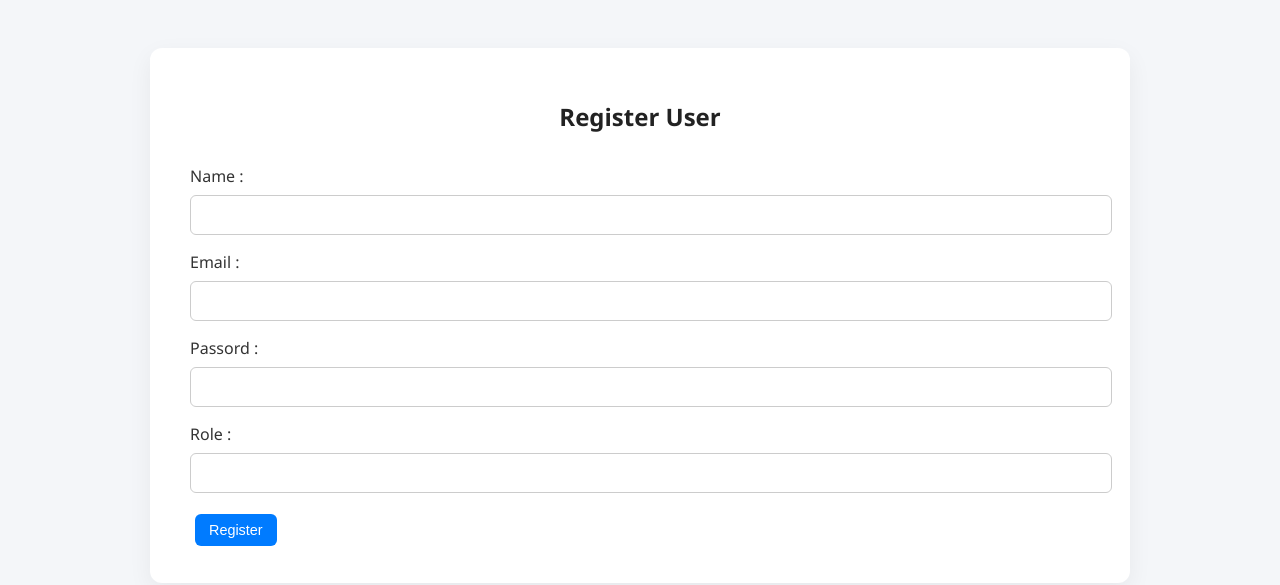
Repository: bharathabhi46/SkillSync-FrontEnd
Page: /RegisterUser
These files come from the project's save history. The page is drawn as it stood at one moment and after the next save; the edit follows.
The browser window is 1280 px wide. The pictures show the whole page.
The project was rebuilt for these pictures with package versions that can differ from the ones it lists, and the page was loaded fresh each time. Also part of the build but not shown: vite.config.js, src/Components/CreateUser/CreateUser.jsx, src/Components/UserList/UserList.jsx, src/Components/EditUser/EditUser.jsx.

Above is the page before, as saved 2025-06-25 17:19:57.

### src/main.jsx
import { StrictMode } from "react";
import { createRoot } from "react-dom/client";
import { BrowserRouter } from "react-router-dom";
import App from "./App.jsx";

createRoot(document.getElementById("root")).render(
  <BrowserRouter>
    <App />
  </BrowserRouter>
);

### src/App.jsx
import React from "react";
import CreateUser from "./Components/CreateUser/CreateUser";
import UserList from "./Components/UserList/UserList";
import EditUser from "./Components/EditUser/EditUser";
import { Route, Routes } from "react-router-dom";
import RegisterUser from "./Components/RegisterUser/RegisterUser";
import "./App.css";
const App = () => {
  return (
    <>
      <Routes>
        <Route path="/UserList" element={<UserList />} />
        <Route path="/EditUser/:id" element={<EditUser />} />
        <Route path="/CreateUser" element={<CreateUser />} />
        <Route path="/RegisterUser" element={<RegisterUser />} />
      </Routes>
    </>
  );
};

export default App;

### src/Components/RegisterUser/RegisterUser.jsx
import React, { useState } from "react";

const RegisterUser = () => {
  let url = "http://localhost:8080/api/auth/register";
  let [registerForm, setRegisterForm] = useState({
    name: "",
    email: "",
    password: "",
    role: "",
  });
  async function handleSubmit(e) {
    e.preventDefault();
    try {
      await fetch(url, {
        method: "POST",
        headers: {
          "Content-Type": "application/json",
        },
        body: JSON.stringify(registerForm),
      });
      setRegisterForm({ name: "", email: "", password: "", role: "" });
      alert("Registration Successfull");
    } catch (err) {
      console.log("Error : ", err);
      alert("Failed to Register");
    }
  }
  function handleOnChange(e) {
    setRegisterForm((prevState) => ({
      ...prevState,
      [e.target.name]: e.target.value,
    }));
  }
  return (
    <div className="container">
      <h2>Register User</h2>
      <form onSubmit={handleSubmit}>
        <label>Name : </label>
        <input type="text" name="name" onChange={handleOnChange} />
        <label>Email : </label>
        <input type="email" name="email" onChange={handleOnChange} />
        <label>Passord : </label>
        <input type="password" name="password" onChange={handleOnChange} />
        <label>Role : </label>
        <input type="text" name="role" onChange={handleOnChange} />
        <button type="submit">Register</button>
      </form>
    </div>
  );
};

export default RegisterUser;

### src/App.css
/* App.css */

body {
  font-family: "Segoe UI", Roboto, sans-serif;
  background: #f4f6f9;
  margin: 0;
  padding: 0;
  color: #333;
}

.container {
  width: 90%;
  max-width: 900px;
  margin: 3rem auto;
  background: #ffffff;
  padding: 2rem 2.5rem;
  border-radius: 12px;
  box-shadow: 0 8px 24px rgba(0, 0, 0, 0.06);
}

h2 {
  text-align: center;
  margin-bottom: 2rem;
  color: #222;
}

table {
  width: 100%;
  border-collapse: collapse;
  margin-bottom: 2rem;
  background-color: #fff;
  border-radius: 8px;
  overflow: hidden;
}

th {
  background-color: #007bff;
  color: white;
  padding: 12px;
  text-align: left;
}

td {
  padding: 12px;
  border-bottom: 1px solid #eaeaea;
}

tr:hover {
  background-color: #f1f1f1;
}

button {
  background: #007bff;
  color: white;
  padding: 8px 14px;
  border: none;
  border-radius: 6px;
  cursor: pointer;
  font-size: 0.9rem;
  margin: 5px;
}

button:hover {
  background: #0056b3;
}

input {
  width: 100%;
  padding: 10px;
  margin-bottom: 1rem;
  border: 1px solid #ccc;
  border-radius: 6px;
  font-size: 1rem;
}

label {
  display: block;
  font-weight: 500;
  margin-bottom: 0.5rem;
}

Loaded but not shown: index.html (common file)

After the next save:
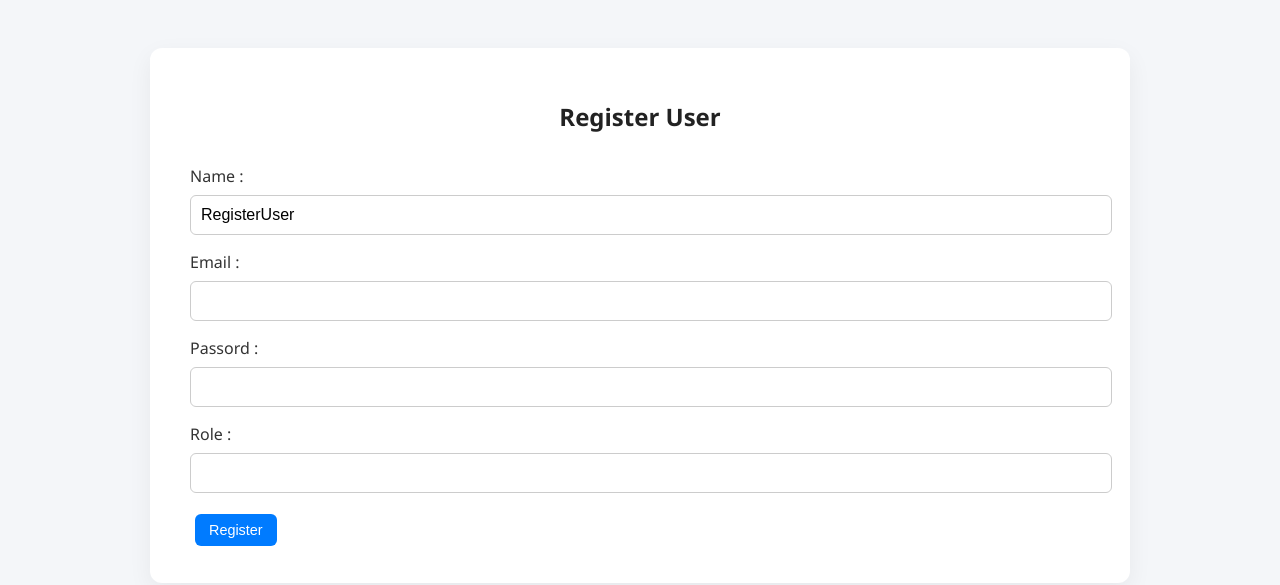
Saved 2 min 57 s later.
--- a/src/Components/RegisterUser/RegisterUser.jsx
+++ b/src/Components/RegisterUser/RegisterUser.jsx
@@ -36,13 +36,33 @@
       <h2>Register User</h2>
       <form onSubmit={handleSubmit}>
         <label>Name : </label>
-        <input type="text" name="name" onChange={handleOnChange} />
+        <input
+          type="text"
+          name="name"
+          value={RegisterUser.name}
+          onChange={handleOnChange}
+        />
         <label>Email : </label>
-        <input type="email" name="email" onChange={handleOnChange} />
+        <input
+          type="email"
+          name="email"
+          value={RegisterUser.email}
+          onChange={handleOnChange}
+        />
         <label>Passord : </label>
-        <input type="password" name="password" onChange={handleOnChange} />
+        <input
+          type="password"
+          name="password"
+          value={registerForm.password}
+          onChange={handleOnChange}
+        />
         <label>Role : </label>
-        <input type="text" name="role" onChange={handleOnChange} />
+        <input
+          type="text"
+          name="role"
+          value={registerForm.role}
+          onChange={handleOnChange}
+        />
         <button type="submit">Register</button>
       </form>
     </div>

After the save that followed:
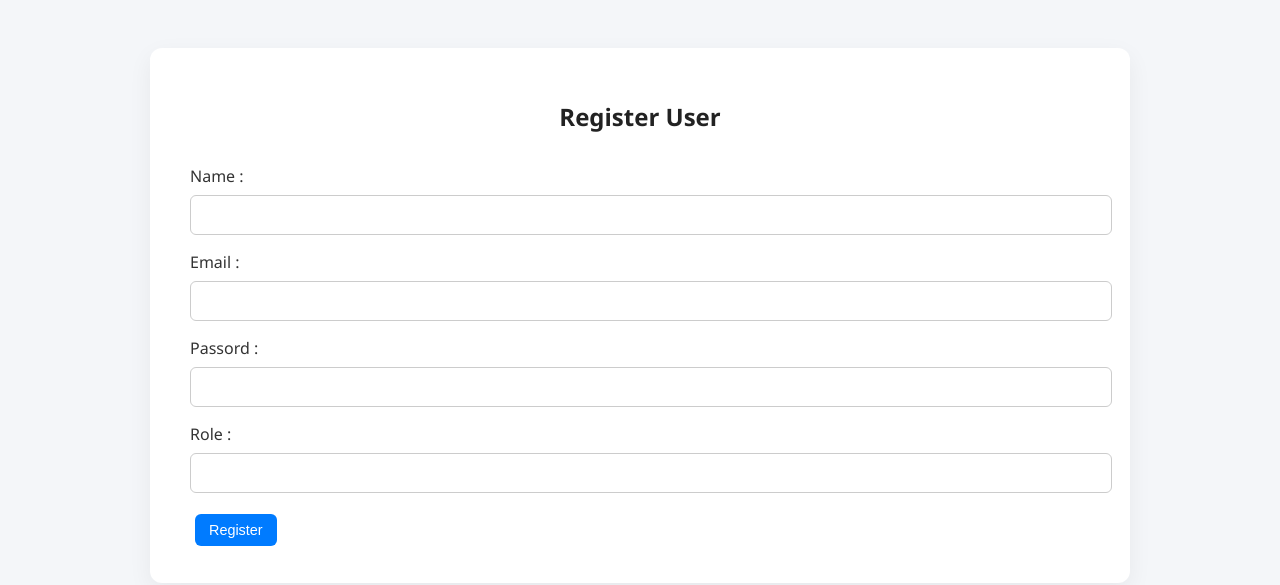
Saved 52 s later.
--- a/src/Components/RegisterUser/RegisterUser.jsx
+++ b/src/Components/RegisterUser/RegisterUser.jsx
@@ -39,7 +39,7 @@
         <input
           type="text"
           name="name"
-          value={RegisterUser.name}
+          value={registerForm.name}
           onChange={handleOnChange}
         />
         <label>Email : </label>
